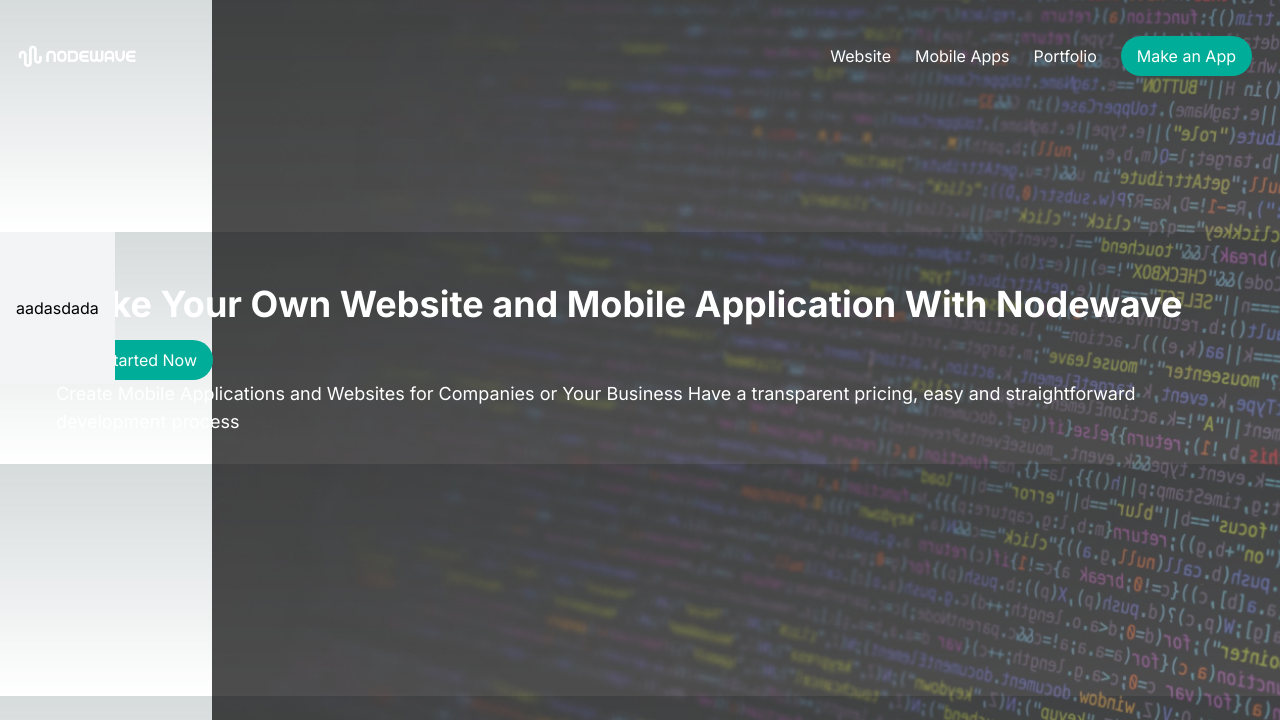
Repository: farrelmuhammad/nodewave
Page: /
An editor plug-in stored every save of this project. The page is shown before and after the next save, followed by the edit.
The browser window is 1280 px wide. The pictures show the whole page.
The project was rebuilt for these pictures with package versions that can differ from the ones it lists, and the page was loaded fresh each time. The framework's server and built-in components were replaced by stand-ins that run in the browser. Also part of the build but not shown: next.config.js.

Above is the page before, as saved 2023-09-08 13:45:54.

After the next save:
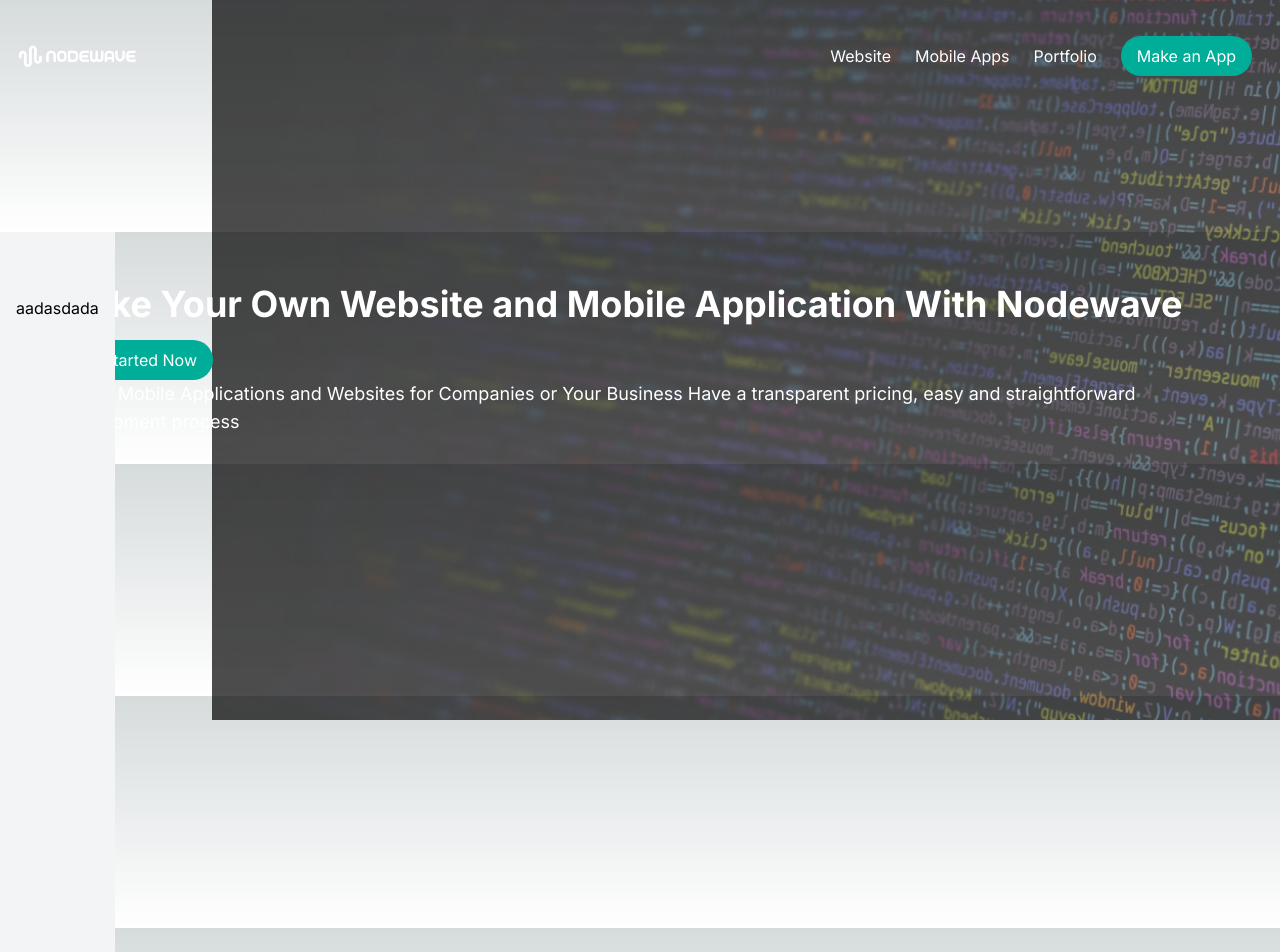
Saved 14 s later.
--- a/src/components/Product.jsx
+++ b/src/components/Product.jsx
@@ -2,7 +2,7 @@
 
 const Product = () => {
   return (
-    <section class="absolute flex bg-gray-100 py-16 px-4">aadasdada</section>
+    <section class="absolute h-full flex bg-gray-100 py-16 px-4">aadasdada</section>
   );
 };
 
